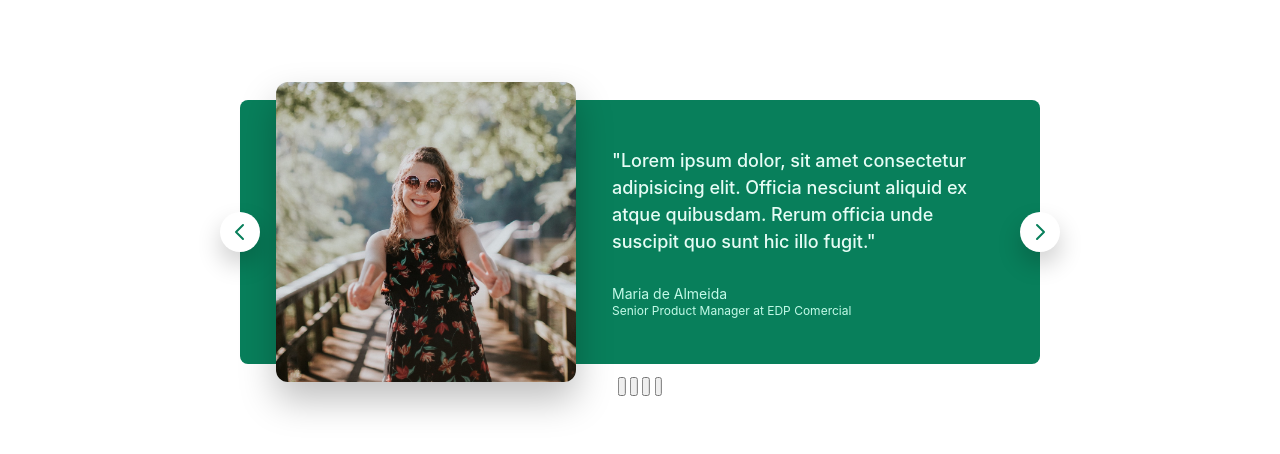
Repository: nghiakma/HTML-CSS-Fundamental
Page: Component_LayoutPatterns/carousel.html
These files come from the project's save history. The page is drawn as it stood at one moment and after the next save; the edit follows.
The browser window is 1280 px wide. The pictures show the whole page.

Above is the page before, as saved 2023-08-26 12:06:27.

### Component_LayoutPatterns/carousel.html
<!DOCTYPE html>
<html lang="en">

<head>
  <meta charset="UTF-8">
  <meta name="viewport" content="width=device-width, initial-scale=1.0">
  <title>Carousel Component</title>
  <style>
    * {
      margin: 0;
      padding: 0;
      box-sizing: border-box;
    }

    body {
      font-family: "Inter", sans-serif;
      color: #343a40;
      line-height: 1;
    }

    .carousel {
      width: 800px;
      margin: 100px auto;
      background-color: #087f5b;
      /* padding: 32px; */
      /* padding-left: 86px; */
      /* padding-right: 48px; */
      padding: 32px 48px 32px 86px;

      border-radius: 8px;
      position: relative;

      display: flex;
      align-items: center;
      gap: 86px;
    }

    img {
      height: 200px;
      border-radius: 8px;
      transform: scale(1.5);
      box-shadow: 0 12px 24px rgba(0, 0, 0, 0.25);
    }

    .testimonial-text {
      font-size: 18px;
      font-weight: 500;
      line-height: 1.5;
      margin-bottom: 32px;
      color: #e6fcf5;
    }

    .testimonial-author {
      font-size: 14px;
      margin-bottom: 4px;
      color: #c3fae8;
    }

    .testimonial-job {
      font-size: 12px;
      color: #c3fae8;
    }

    .btn {
      background-color: #fff;
      border: none;
      height: 40px;
      width: 40px;
      border-radius: 50%;
      position: absolute;
      box-shadow: 0 12px 24px rgba(0, 0, 0, 0.2);
      cursor: pointer;
      display: flex;
      align-items: center;
      justify-content: center;
    }

    /*Bien doi: dich chuyen theo chieu x va y: y(-50%): di chuyen len chin xac 50% chieu cao thuc cua no
x(-50%): di chuyen mot nua chieu rong cua phan tu sang trai*/
    .btn--left {
      left: 0;
      top: 50%;

      transform: translate(-50%, -50%);
    }

    .btn--right {
      right: 0;
      top: 50%;

      transform: translate(50%, -50%);
    }

    .btn-icon {
      height: 24px;
      width: 24px;
      stroke: #087f5b;
    }

    .dots {
      position: absolute;
      left: 50%;
      bottom: 0;
      transform: translate(-50%, 32px);
    }

    /* CONTROLS */
  </style>
</head>

<body>
  <div class="carousel">
    <img src="maria.jpg" alt="Maria de Almeida" />
    <blockquote class="testimonial">
      <p class="testimonial-text">
        "Lorem ipsum dolor, sit amet consectetur adipisicing elit. Officia
        nesciunt aliquid ex atque quibusdam. Rerum officia unde suscipit quo
        sunt hic illo fugit."
      </p>
      <p class="testimonial-author">Maria de Almeida</p>
      <p class="testimonial-job">Senior Product Manager at EDP Comercial</p>
    </blockquote>

    <button class="btn btn--left">
      <svg xmlns="http://www.w3.org/2000/svg" class="btn-icon" fill="none" viewBox="0 0 24 24" stroke="currentColor">
        <path stroke-linecap="round" stroke-linejoin="round" stroke-width="2" d="M15 19l-7-7 7-7" />
      </svg>
    </button>
    <button class="btn btn--right">
      <svg xmlns="http://www.w3.org/2000/svg" class="btn-icon" fill="none" viewBox="0 0 24 24" stroke="currentColor">
        <path stroke-linecap="round" stroke-linejoin="round" stroke-width="2" d="M9 5l7 7-7 7" />
      </svg>
    </button>
    <div class="dots">
      <button class="dot dot--fill">&nbsp;</button>
      <button class="dot">&nbsp;</button>
      <button class="dot">&nbsp;</button>
      <button class="dot">&nbsp;</button>
    </div>
  </div>
</body>

</html>

After the next save:
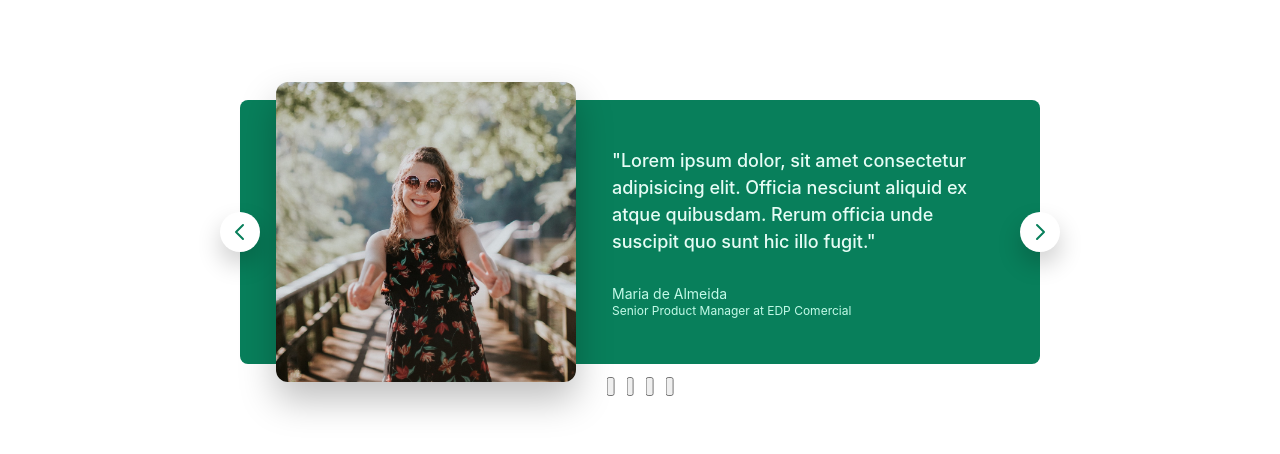
Saved 21 s later.
--- a/Component_LayoutPatterns/carousel.html
+++ b/Component_LayoutPatterns/carousel.html
@@ -102,6 +102,8 @@ x(-50%): di chuyen mot nua chieu rong cua phan tu sang trai*/
       left: 50%;
       bottom: 0;
       transform: translate(-50%, 32px);
+      display: flex;
+      gap: 12px;
     }
 
     /* CONTROLS */
